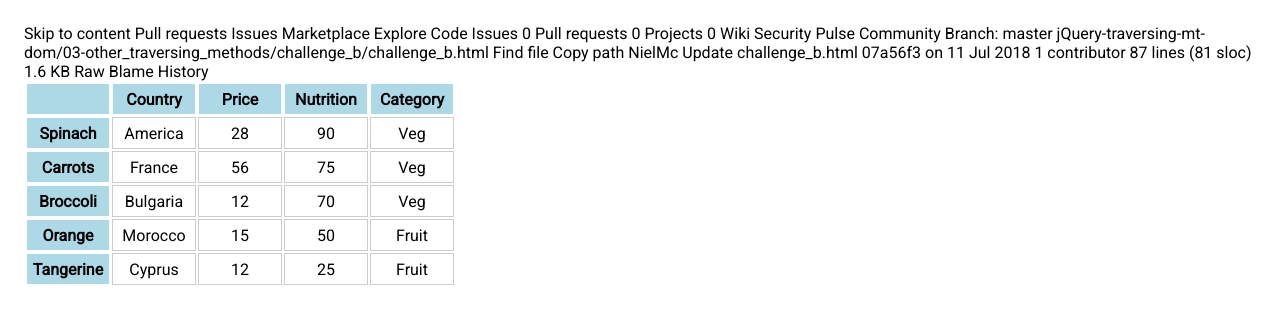
Repository: SOliv1/other-traversing-methods
Page: index2.html
The author's editor kept a record of every edit. The page is drawn from the files as they stood at one moment, then again after the next edit.
The browser window is 1280 px wide. The pictures show the whole page.
Some web libraries are served in a nearby version.

Above is the page before.

After the next edit:
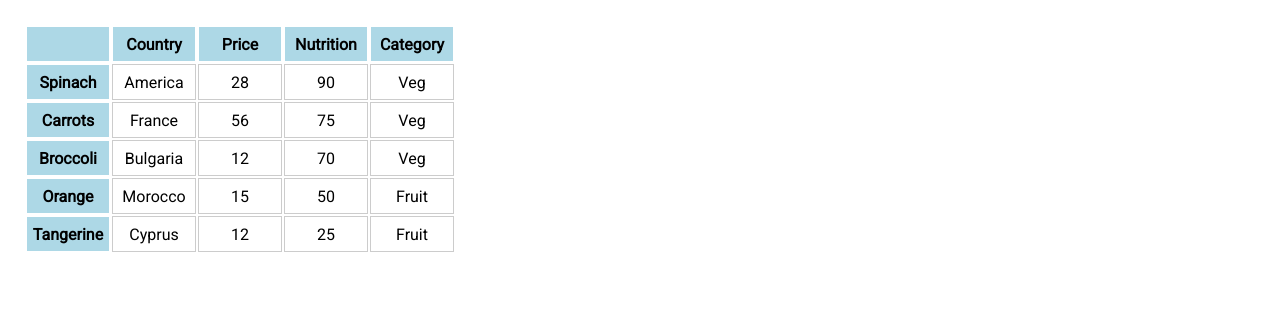
The edit:
--- a/index2.html
+++ b/index2.html
@@ -1,29 +1,3 @@
-Skip to content
-
-
-
-Pull requests
-Issues
-Marketplace
-Explore
-
-
-
-
-
-Code Issues 0 Pull requests 0 Projects 0 Wiki Security Pulse Community
-Branch: master
-jQuery-traversing-mt-dom/03-other_traversing_methods/challenge_b/challenge_b.html
-Find file
-Copy path
- NielMc Update challenge_b.html
-07a56f3 on 11 Jul 2018
-1 contributor
-87 lines (81 sloc) 1.6 KB
-Raw
-Blame
-History
-
 
 <!DOCTYPE html>
 
